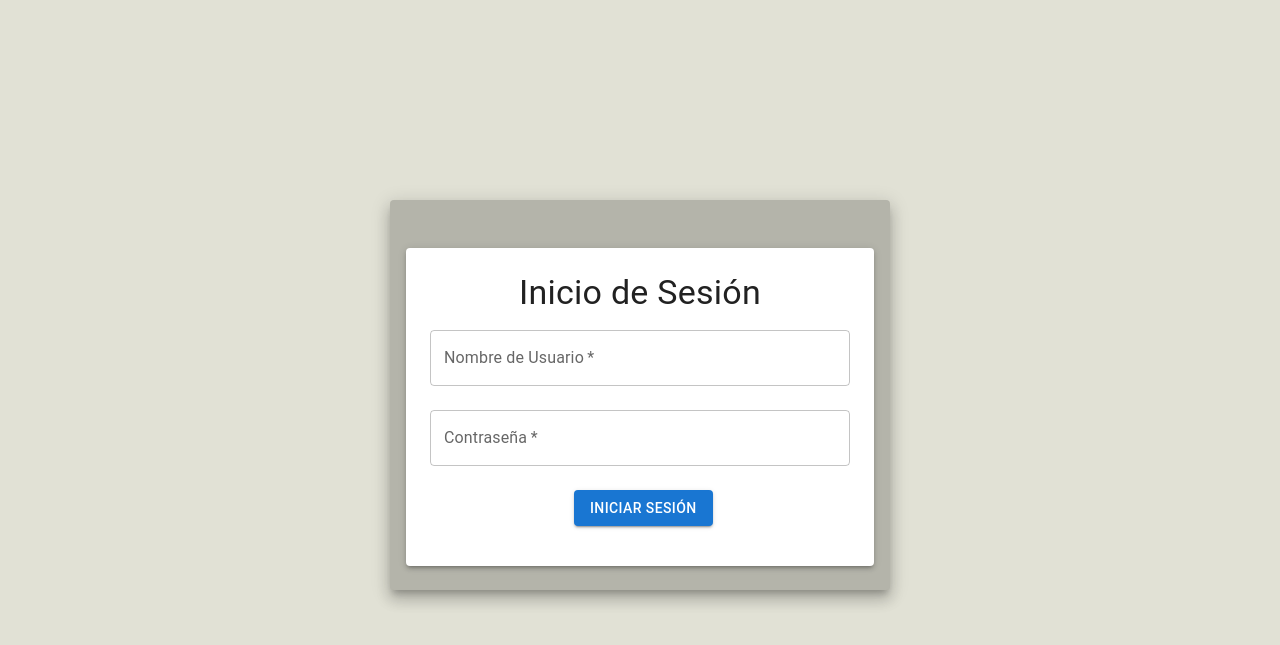
Repository: Mpablom/usuarioCaC-integrador-final-front
Page: /login
The author's editor kept a copy of each file at every save. The page is drawn from the files as they stood at one save, then again after the next save.
The browser window is 1280 px wide. The pictures show the whole page.
The project was rebuilt for these pictures with package versions that can differ from the ones it lists, and the page was loaded fresh each time. Also part of the build but not shown: vite.config.ts, src/components/UsuariosTable.tsx.

Above is the page before, as saved 2024-07-11 00:35:47.

After the next save:
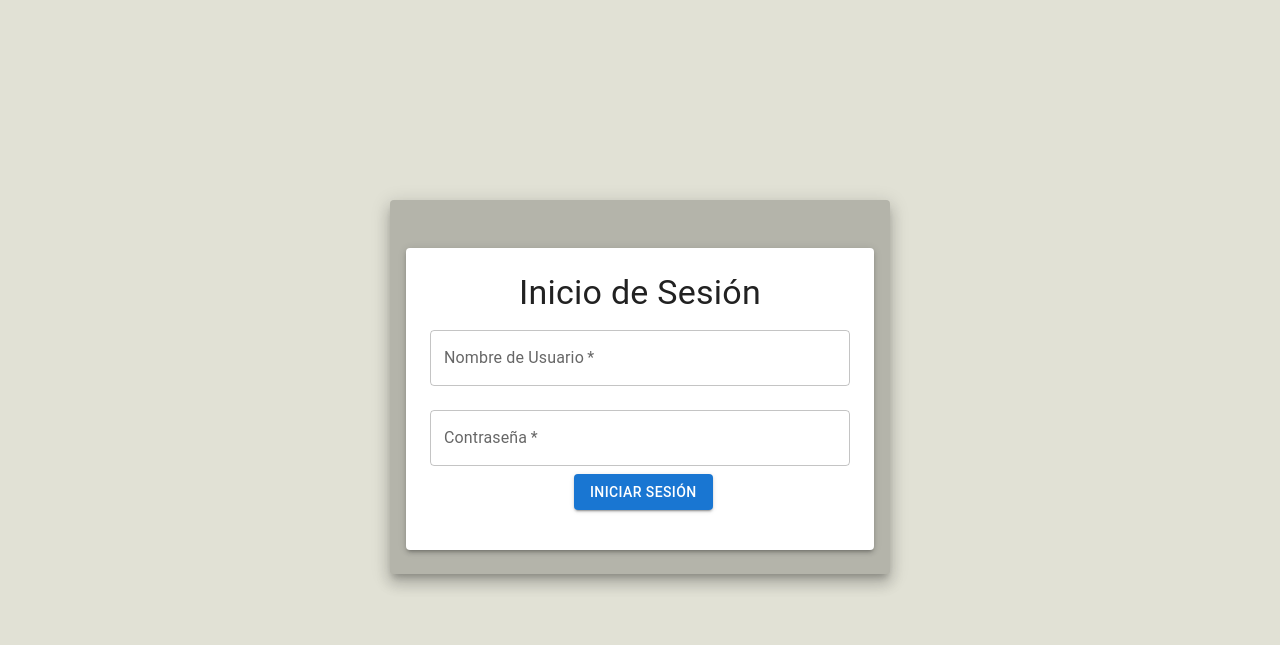
Saved 36 s later.
--- a/src/components/Login.tsx
+++ b/src/components/Login.tsx
@@ -63,6 +63,7 @@ const Login: React.FC = () => {
               value={password}
               onChange={(e) => setPassword(e.target.value)}
               required
+              sx={{maxHeight: 40}}
             />
             {error && (
               <Typography color="error" variant="body2">
